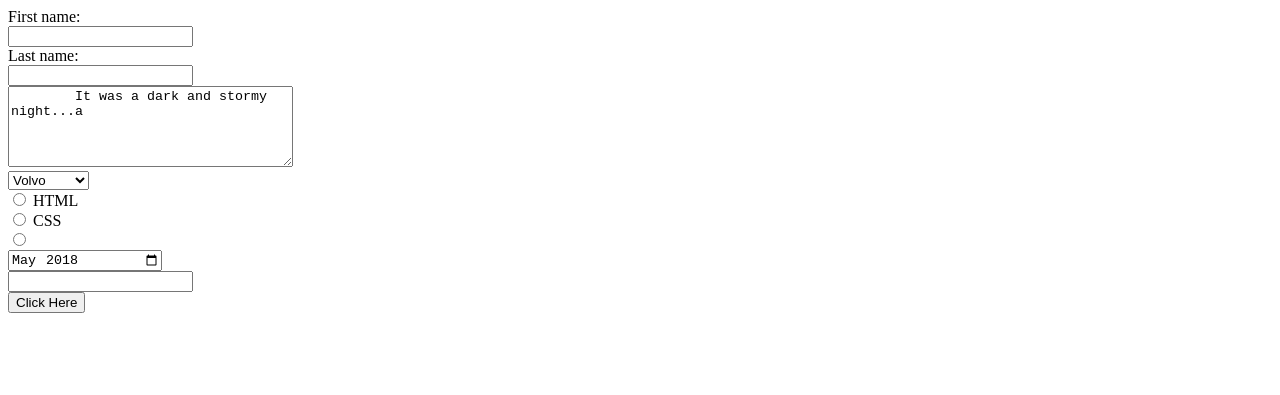
Repository: KANNAHWORLD/201Work
Page: lab9/Lab11/src/main/webapp/lab11.html
An editor plug-in stored every save of this project. The page is shown before and after the next save, followed by the edit.
The browser window is 1280 px wide. The pictures show the whole page.

Above is the page before, as saved 2022-11-16 20:59:26.

After the next save:
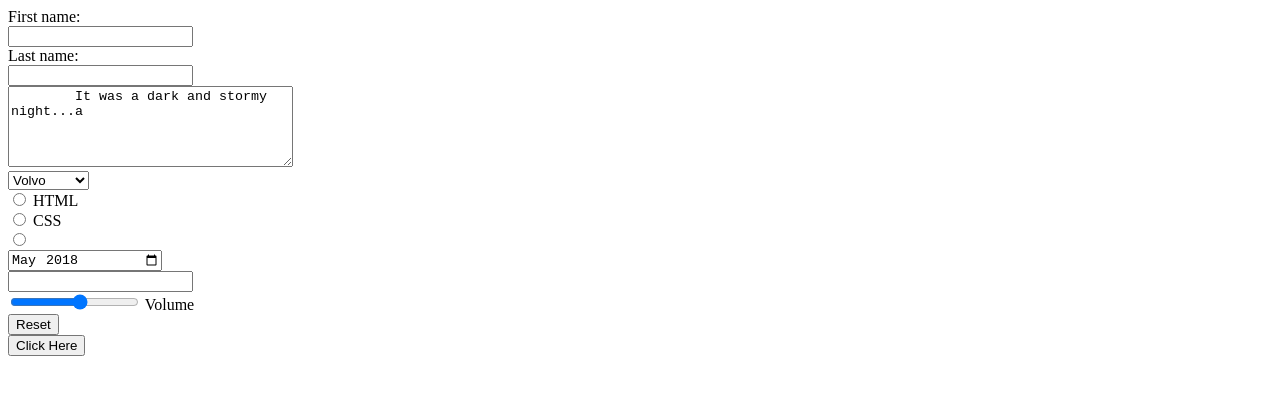
Saved 71 s later.
--- a/lab9/Lab11/src/main/webapp/lab11.html
+++ b/lab9/Lab11/src/main/webapp/lab11.html
@@ -44,6 +44,14 @@
 
   <br>
 
+  <input type="range" id="volume" name="volume"
+         min="0" max="11">
+  <label for="volume">Volume</label>
+
+  <br>
+  <input type="reset" value="Reset">
+  <br>
+
   	<input type = "submit" value = "Click Here" >
 
 </form>
